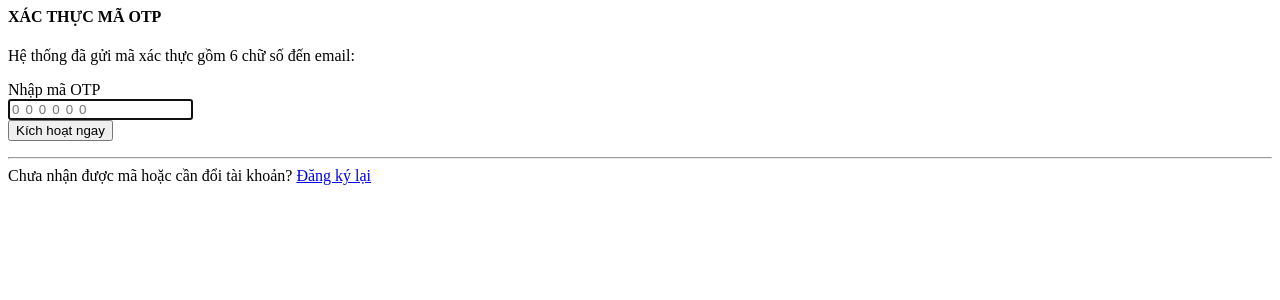
Repository: tanguyenhuy/LapTrinhWeb_BT4
Page: http://localhost/bt1/views/verify-otp.jsp
An editor plug-in stored every save of this project. The page is shown before and after the next save, followed by the edit.
The browser window is 1280 px wide. The pictures show the whole page.
The page is served by Tomcat 10. Nobody is signed in. The application's start-up code is not run.

Above is the page before, as saved 2026-09-05 10:53:29.

After the next save:
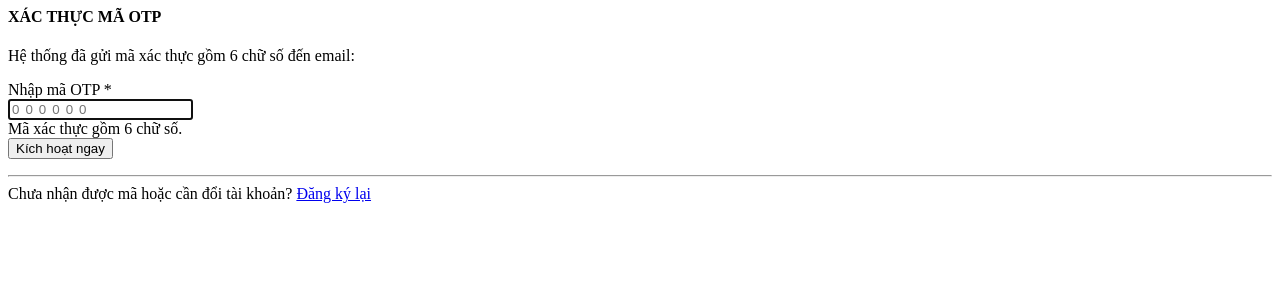
Saved 74 s later.
--- a/bt1/src/main/webapp/views/verify-otp.jsp
+++ b/bt1/src/main/webapp/views/verify-otp.jsp
@@ -14,10 +14,13 @@
                     </h4>
                     <p class="text-muted text-center small mb-3">
                         Hệ thống đã gửi mã xác thực gồm 6 chữ số đến email: <br>
-                        <span class="fw-bold text-dark">${sessionScope.verify_email}</span>
+                        <span class="fw-bold text-dark">
+                            ${not empty email ? email : (not empty sessionScope.verify_email ? sessionScope.verify_email : sessionScope.verifyEmail)}
+                        </span>
                     </p>
 
-                    <c:if test="${error != null}">
+                    <!-- Khối hiển thị thông báo lỗi -->
+                    <c:if test="${not empty error}">
                         <div class="alert alert-danger alert-dismissible fade show py-2 small" role="alert">
                             <i class="bi bi-exclamation-triangle-fill me-1"></i> ${error}
                             <button type="button" class="btn-close py-2" data-bs-dismiss="alert" aria-label="Close"></button>
@@ -25,15 +28,19 @@
                     </c:if>
 
                     <form action="${pageContext.request.contextPath}/verify-otp" method="post">
-                        <input type="hidden" name="email" value="${sessionScope.verify_email}">
+                        <!-- Input ẩn truyền email an toàn giữa request và session -->
+                        <input type="hidden" name="email"
+                               value="${not empty email ? email : (not empty sessionScope.verify_email ? sessionScope.verify_email : sessionScope.verifyEmail)}">
 
                         <div class="mb-4">
-                            <label for="otp" class="form-label fw-semibold">Nhập mã OTP</label>
+                            <label for="otp" class="form-label fw-semibold">Nhập mã OTP <span class="text-danger">*</span></label>
                             <div class="input-group">
                                 <span class="input-group-text bg-light"><i class="bi bi-key"></i></span>
                                 <input type="text" class="form-control text-center fw-bold fs-4" id="otp" name="otp"
-                                       maxlength="6" placeholder="000000" style="letter-spacing: 6px;" required autofocus>
+                                       value="${otp}" maxlength="6" pattern="[0-9]{6}" inputmode="numeric"
+                                       autocomplete="one-time-code" placeholder="000000" style="letter-spacing: 6px;" required autofocus>
                             </div>
+                            <div class="form-text text-muted small text-center mt-1">Mã xác thực gồm 6 chữ số.</div>
                         </div>
 
                         <button type="submit" class="btn btn-primary w-100 py-2 fw-semibold">
